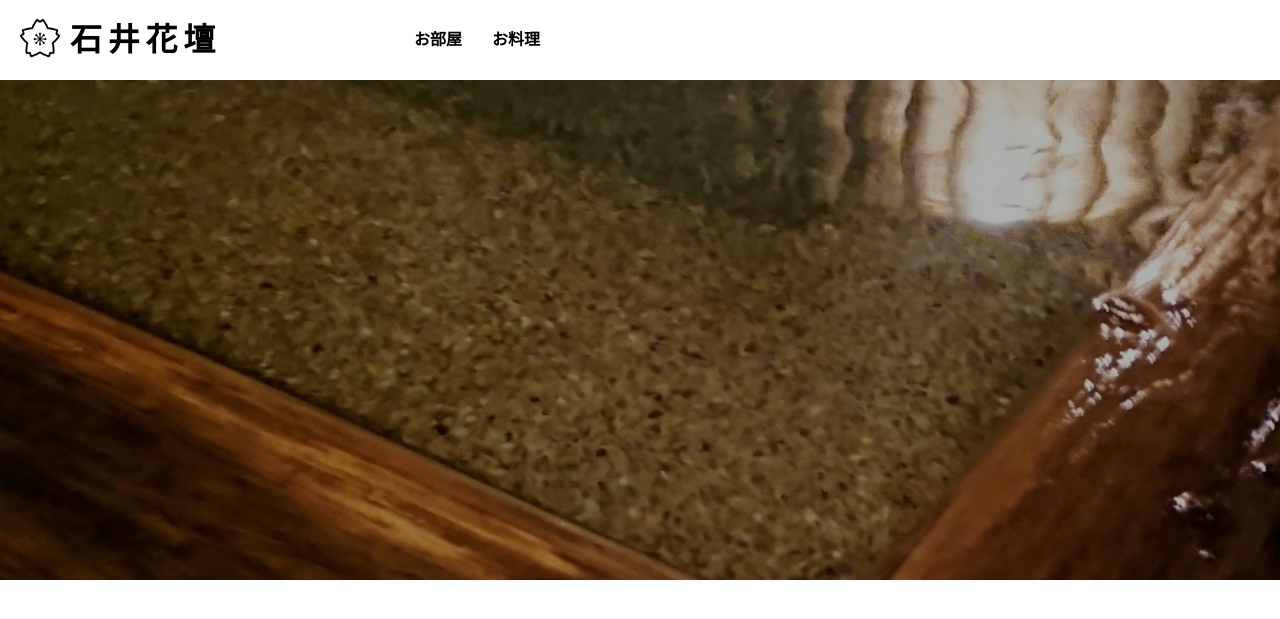
Repository: yuukiyokoyama/compex1
Page: hot-spring.html
These files come from the project's save history. The page is drawn as it stood at one moment and after the next save; the edit follows.
The browser window is 1280 px wide. The pictures show the whole page.
The style sheet was rebuilt from its Sass, Less or Tailwind sources for each picture, by a compiler version that may differ from the author's.

Above is the page before, as saved 2021-09-19 23:38:25.

After the next save:
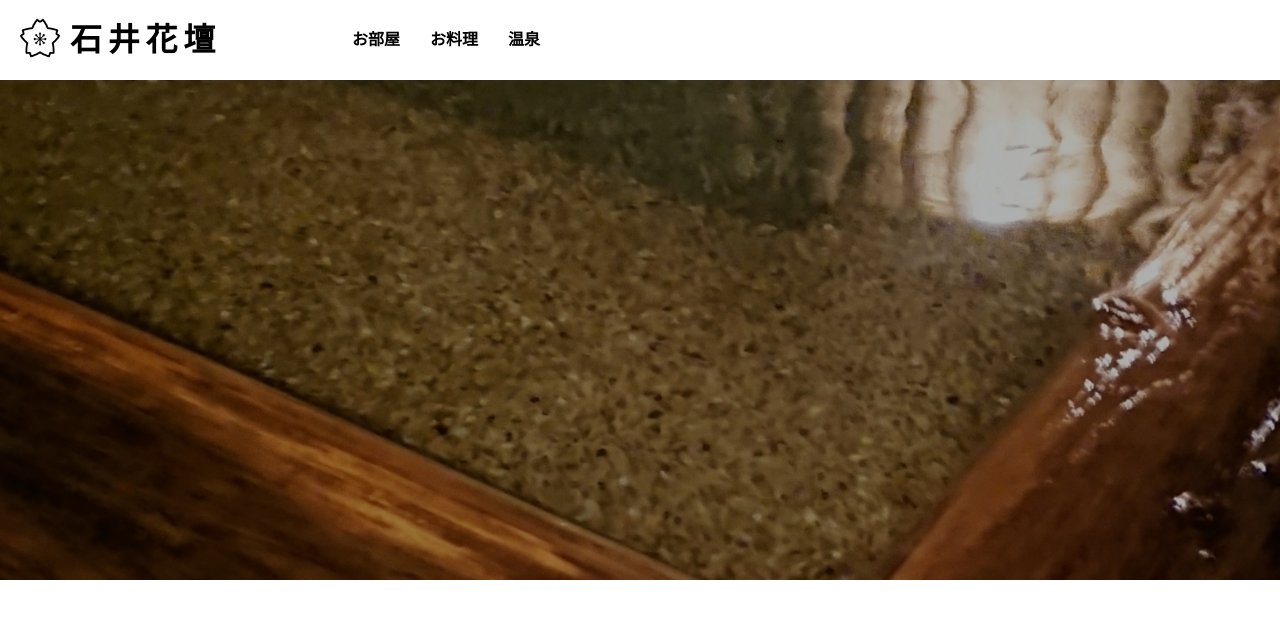
Saved 23 s later.
--- a/hot-spring.html
+++ b/hot-spring.html
@@ -98,6 +98,9 @@
                   <li class="header__list-item">
                     <a href="cuidine.html">お料理</a>
                   </li>
+                  <div class="header__list-item">
+                    <a href="#">温泉</a>
+                  </div>
                 </ul>
               </nav>
             </div>
